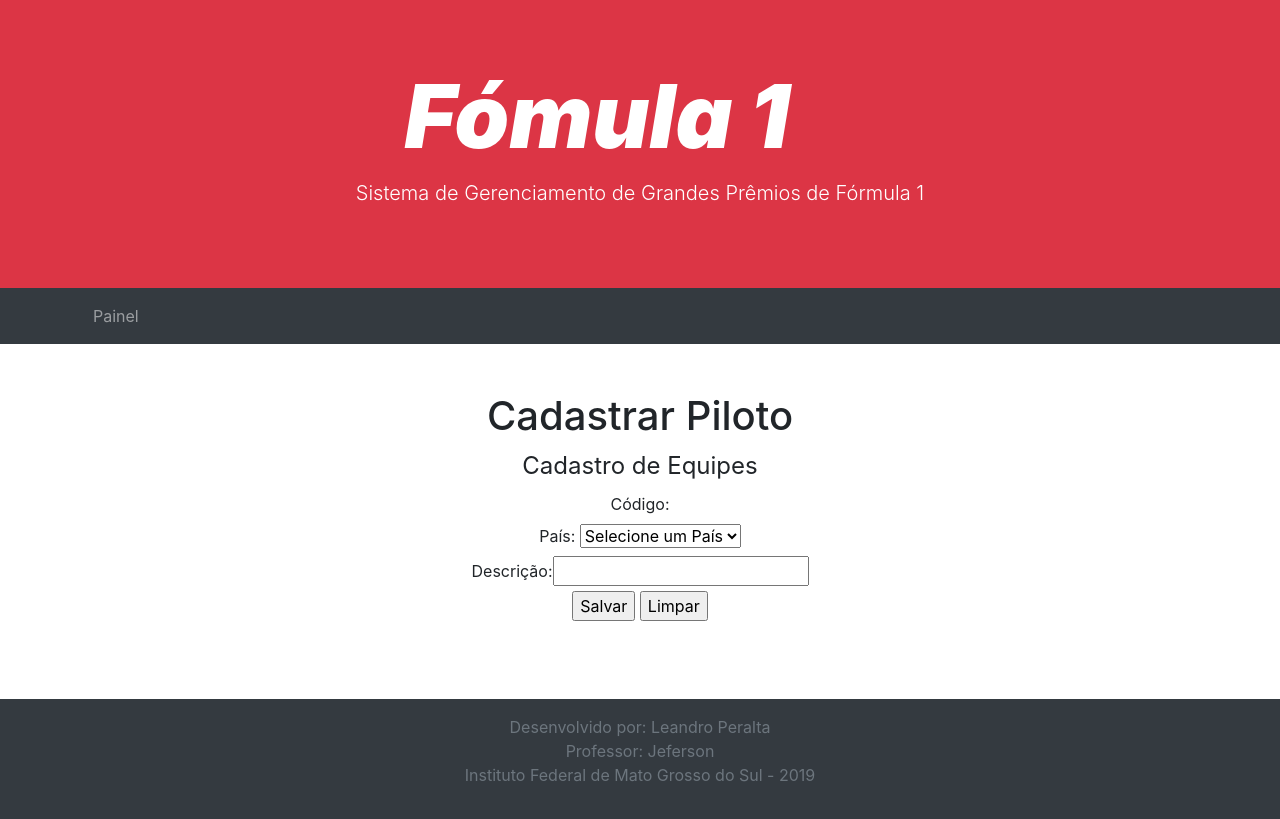
Repository: lperalta13/Formula1_Java
Page: http://localhost/formula1/equipe.jsp
The author's editor kept a copy of each file at every save. The page is drawn from the files as they stood at one save, then again after the next save.
The browser window is 1280 px wide. The pictures show the whole page.
The page is served by Tomcat 9. The template is opened directly, without the code that normally fills it, so the values that code supplies are empty.

Above is the page before, as saved 2019-12-11 21:43:18.

After the next save:
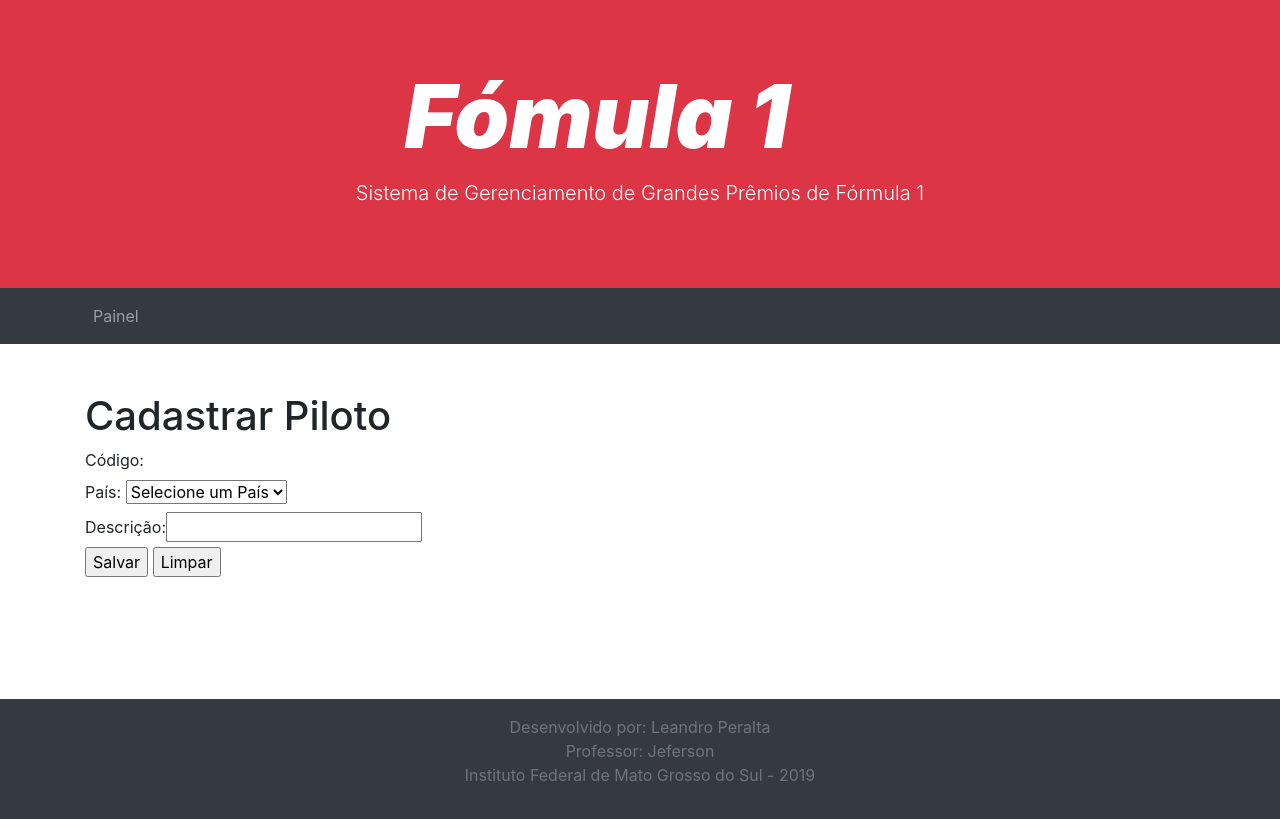
Saved 1 s later.
--- a/formula1/WebContent/equipe.jsp
+++ b/formula1/WebContent/equipe.jsp
@@ -45,13 +45,12 @@
       </div>
     </div>
     </nav>
-<div class="container" align="center">
+<div class="container">
 	<div class="row mt-5">
 		<div class="col-md-12">
 			<h1>Cadastrar Piloto</h1>
 		<form method="get" action="cadEquipe">
 			<fieldset>
-				<legend>Cadastro de Equipes</legend>
 				<label>Código: </label><input type="hidden" name="codigo" />
 				<br />
 				<label>País:</label>
